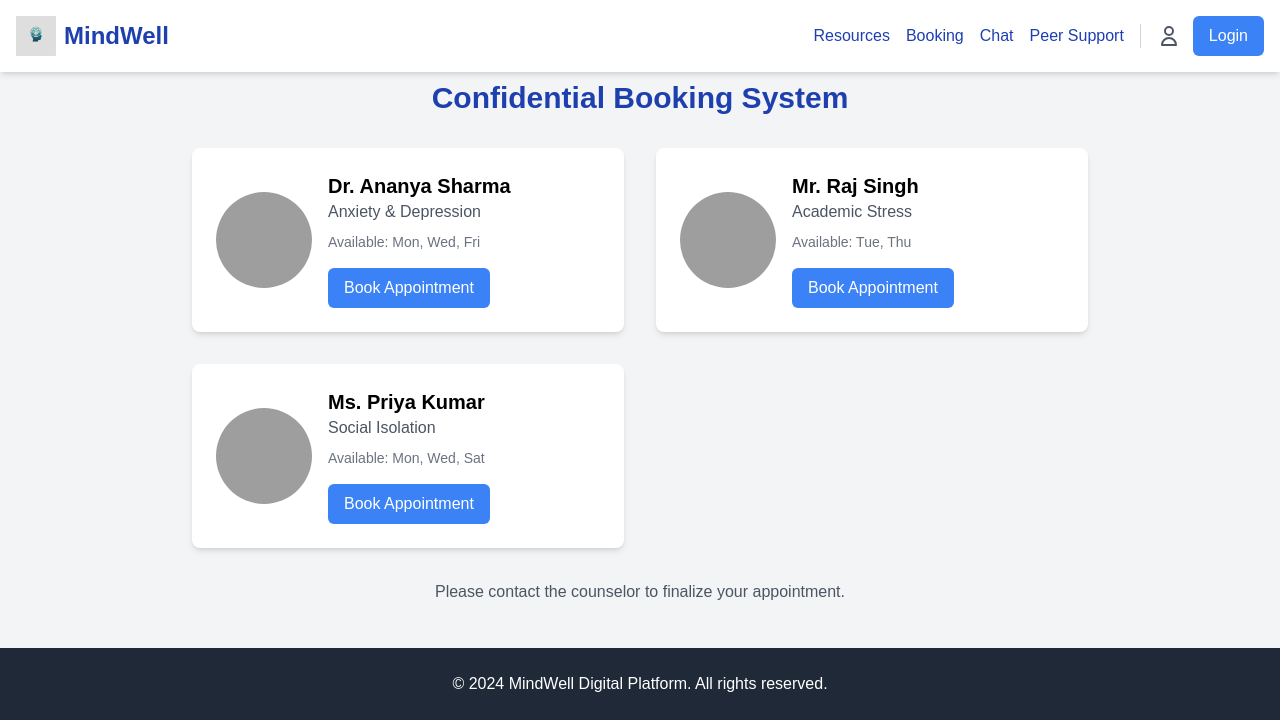
Repository: alokse24b01025/mentalhealth-project-sih-
Page: /booking (app in p1/)
The author's editor kept a copy of each file at every save. The page is drawn from the files as they stood at one save, then again after the next save.
The browser window is 1280 px wide. The pictures show the whole page.
Pictures or frames that could not be fetched are drawn as grey boxes. The project was rebuilt for these pictures with package versions that can differ from the ones it lists, and the page was loaded fresh each time. Also part of the build but not shown: p1/vite.config.js, p1/src/pages/HomePage.jsx, p1/src/components/Chatbot.jsx, p1/src/pages/ChatPage.jsx, p1/src/components/ResourceCard.jsx, p1/src/data/mockResources.js, p1/src/pages/ResourcesPage.jsx, p1/src/components/PeerSupport.jsx and 3 more.

Above is the page before, as saved 2025-09-09 10:10:02.

After the next save:
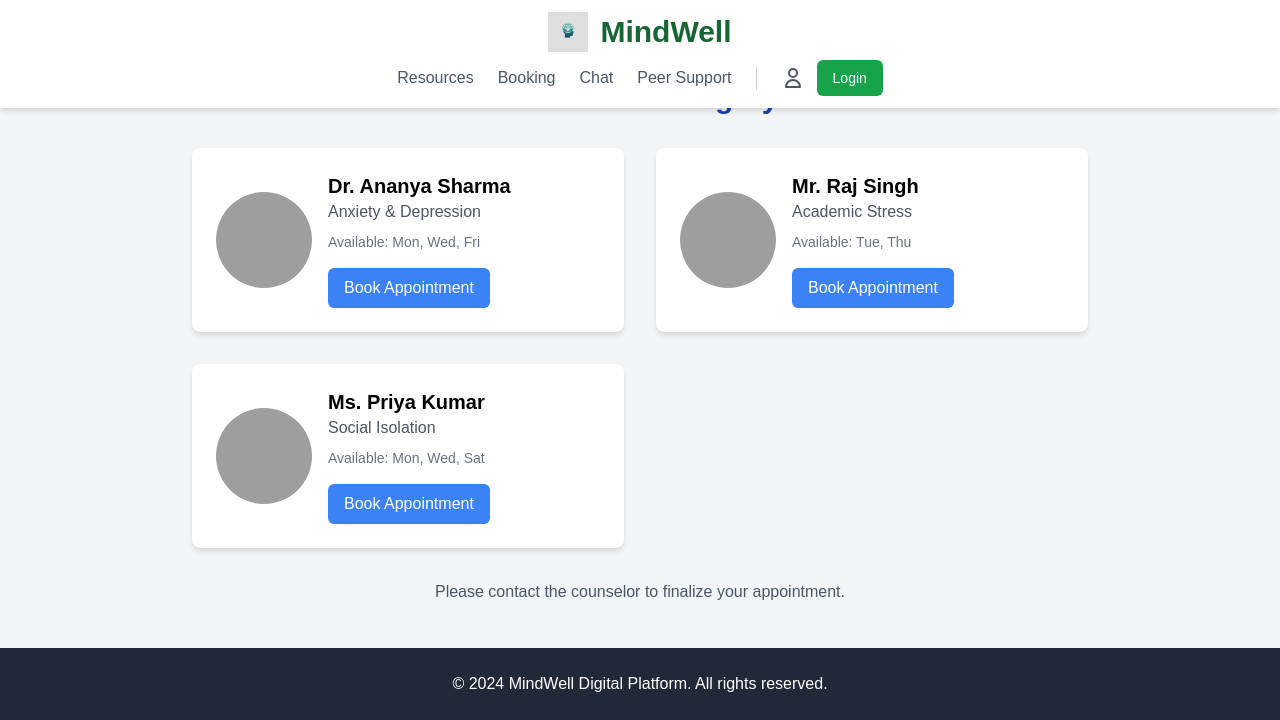
Saved 4 min 4 s later.
--- a/p1/src/components/Header.jsx
+++ b/p1/src/components/Header.jsx
@@ -18,7 +18,6 @@ const Header = () => {
     }
   };
 
-  // This is the SVG icon. Ensure it's exactly like this.
   const profileIcon = (
     <svg xmlns="http://www.w3.org/2000/svg" className="h-6 w-6" fill="none" viewBox="0 0 24 24" stroke="currentColor" strokeWidth={2}>
       <path strokeLinecap="round" strokeLinejoin="round" d="M16 7a4 4 0 11-8 0 4 4 0 018 0zM12 14a7 7 0 00-7 7h14a7 7 0 00-7-7z" />
@@ -26,21 +25,24 @@ const Header = () => {
   );
 
   return (
-    <header className="bg-white text-blue-800 p-4 shadow-md flex justify-between items-center fixed top-0 w-full z-50">
-      <div className="flex items-center">
-        <Link to="/">
+    <header className="bg-white shadow-md fixed top-0 w-full z-50 py-3 flex flex-col items-center">
+
+      {/* Top Row: Centered Logo and Name */}
+      <div className="mb-2">
+        <Link to="/" className="flex items-center justify-center gap-x-3">
           <img src={logo} alt="MindWell Logo" className="h-10 w-auto" />
+          <h1 className="text-3xl font-bold text-green-800 hidden md:block">MindWell</h1>
         </Link>
-        <h1 className="text-2xl font-bold ml-2 hidden md:block">MindWell</h1>
       </div>
 
-      <nav className="flex items-center space-x-4">
-        <Link to="/resources" className="hover:text-blue-600 transition-colors">Resources</Link>
-        <Link to="/booking" className="hover:text-blue-600 transition-colors">Booking</Link>
-        <Link to="/chat" className="hover:text-blue-600 transition-colors">Chat</Link>
-        <Link to="/peer-support" className="hover:text-blue-600 transition-colors">Peer Support</Link>
+      {/* Bottom Row: Navigation Links */}
+      <nav className="flex items-center justify-center flex-wrap gap-x-6 gap-y-2 px-4">
+        <Link to="/resources" className="text-gray-600 hover:text-green-600 transition-colors">Resources</Link>
+        <Link to="/booking" className="text-gray-600 hover:text-green-600 transition-colors">Booking</Link>
+        <Link to="/chat" className="text-gray-600 hover:text-green-600 transition-colors">Chat</Link>
+        <Link to="/peer-support" className="text-gray-600 hover:text-green-600 transition-colors">Peer Support</Link>
 
-        <div className="border-l border-gray-300 h-6 mx-2"></div>
+        <div className="border-l border-gray-300 h-6"></div>
 
         {currentUser ? (
           <div className="flex items-center space-x-3">
@@ -48,7 +50,7 @@ const Header = () => {
             <button
               onClick={handleLogout}
               disabled={isLoggingOut}
-              className={`text-white px-4 py-2 rounded-md transition-colors ${
+              className={`text-white px-4 py-2 text-sm rounded-md transition-colors ${
                 isLoggingOut
                   ? 'bg-red-300 cursor-not-allowed'
                   : 'bg-red-500 hover:bg-red-600'
@@ -59,12 +61,12 @@ const Header = () => {
           </div>
         ) : (
           <div className="flex items-center space-x-3">
-            <Link to="/login" className="text-gray-600 hover:text-blue-800">
+            <Link to="/login" className="text-gray-600 hover:text-green-600">
               {profileIcon}
             </Link>
             <Link
               to="/login"
-              className="bg-blue-500 text-white px-4 py-2 rounded-md hover:bg-blue-600 transition-colors"
+              className="bg-green-600 text-white px-4 py-2 text-sm rounded-md hover:bg-green-700 transition-colors"
             >
               Login
             </Link>
